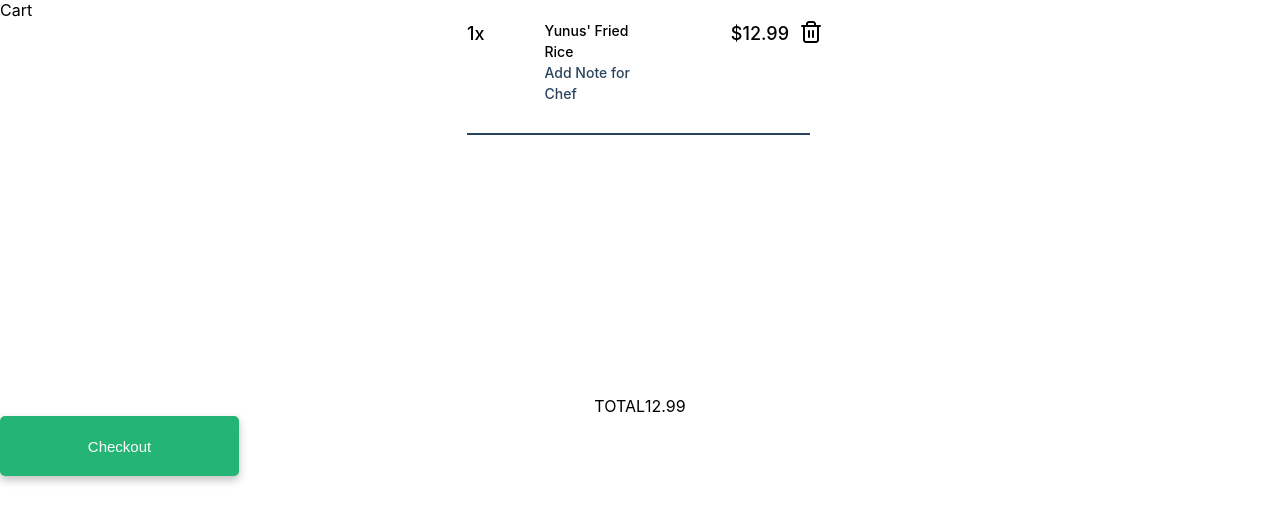
Repository: nguyenlejoe/HomeChef
Page: /DashBoardChef (app in app/)
The author's editor kept a copy of each file at every save. The page is drawn from the files as they stood at one save, then again after the next save.
The browser window is 1280 px wide. The pictures show the whole page.
The project was rebuilt for these pictures with package versions that can differ from the ones it lists, and the page was loaded fresh each time.

Above is the page before, as saved 2020-11-05 10:57:22.

### app/src/App.js
import React from 'react';
//import logo from './logo.svg';
//import './App.css';
import Pages from './pages/Checkout';

function App() {
  return (
    <Pages />
  );
}

export default App;

### app/src/pages/Checkout.js
import React from 'react';
import './Checkout.scss';
import CheckoutItem from '../comps/CheckoutItem';
import Button from '../comps/MainButton';

export default function CheckoutPage() {
  return<div className="app">
       <div>
           <div></div>
           <div>Cart</div>
       </div>
       <div className="checkout">
           <CheckoutItem></CheckoutItem>
       </div>

        <div className="total">
            <div>TOTAL</div>
            <div>12.99</div>
        </div>
        <div>
            <Button text="Checkout"></Button>
        </div>
    </div>
}

### app/src/pages/Checkout.scss
.app{
    width: 100vw;
    height:100vh;
    overflow-x: hidden;


}

.checkout{
    margin-bottom: 300px;
    display: flex;
    justify-content: center;
}

.total{
    display: flex;
    justify-content: center;
}

.button{
    display: flex;
    justify-content: center;
}

### app/src/comps/CheckoutItem/index.js
import React from 'react';
import styled, {css} from 'styled-components';

const Checkoutitemcont = styled.div`

max-width:346px;
max-height:76px;


`
const Carttxt = styled.div`
display:flex;
flex-direction:row;
`
const Quantity = styled.div`
Margin-right: 60px;font-size: 18px;
font-style: normal;
font-weight: 500;
line-height: 27px;
letter-spacing: 0em;
text-align: left;

`

const ItemName = styled.div`
Margin-right: 90px;
font-size: 14px;
font-style: normal;
font-weight: 500;
line-height: 21px;
letter-spacing: 0em;
text-align: left;

`

const ChefNote = styled.div`
color: #2B445E;
cursor:pointer;

`

const Price = styled.div`
font-size: 18px;
font-style: normal;
font-weight: 500;
line-height: 27px;
letter-spacing: 0em;
text-align: left;

`

const Delete = styled.div`

`

const Bottomhr = styled.div`
height: 0px;
width: 341px;
border-radius: nullpx;
border: 1px solid #2B445E;
margin-top:29px;

`

const Iconcont = styled.div `
position:relative;
left:10px;
`









const CheckoutItem = ({Quant, Itemnm, Note, Pricetag,}) => {

    return <Checkoutitemcont>
            <Carttxt>
            <Quantity>{Quant}</Quantity>
            <ItemName>{Itemnm}<ChefNote>   {Note}</ChefNote></ItemName>
            <Price>{Pricetag}</Price>
            <Delete></Delete>
            <Iconcont>
            <img src="/trash-2.svg"/>
            </Iconcont>
            </Carttxt>
            <Bottomhr>

            </Bottomhr>
    </Checkoutitemcont>

}

CheckoutItem.defaultProps = {

    Quant:"1x",
    Itemnm:"Yunus' Fried Rice",
    Note:"Add Note for Chef",
    Pricetag:"$12.99",

}

export default CheckoutItem;

### app/src/comps/MainButton/index.js
import React from 'react';
import styled, {css} from 'styled-components';
import icon2 from '../../assets/DollarSign.png';

const ButtonContainer = styled.button`
    width: ${props =>props.width ? props.width : '239px'};
    height: ${props =>props.height ? props.height : '60px'};
    background-color: ${props =>props.bgcolor ? props.bgcolor : '#24B574'};
    border-radius: ${props =>props.radius ? props.radius : '5px'};
    display: flex;
    justify-content: center;
    align-items: center;
    filter: drop-shadow(0px 4px 4px rgba(0, 0, 0, 0.25));
    border:none;
`;

const ButtonText = styled.p`
    text-align: center;
    font-size: ${props =>props.fontSize ? props.fontSize : '15px'};;
    color:${props =>props.textColor ? props.textColor : '#FFFFFF'};
`;

const Icon = styled.div`
    ${() => css`
        background-image: url(${props =>props.icon1 ? props.icon1 : icon2});
        background-color:white;
        padding:10px;
        background-repeat: no-repeat;
        background-position: center;
        position:absolute;
        left: 0px;
        `}
    `;

const Button = ({text,textColor,bgcolor, width, height, radius, fontSize}) => {
    return <ButtonContainer bgcolor = {bgcolor} height={height} width={width} radius={radius}>
                <ButtonText fontSize={fontSize} textColor = {textColor}>{text}</ButtonText>
            </ButtonContainer>
}

ButtonText.defaultprops = {
    color:null,
}

export default Button;

Loaded but not shown: app/public/index.html (common file); app/src/index.js (common file); app/src/index.css (common file); app/src/serviceWorker.js (common file)

After the next save:
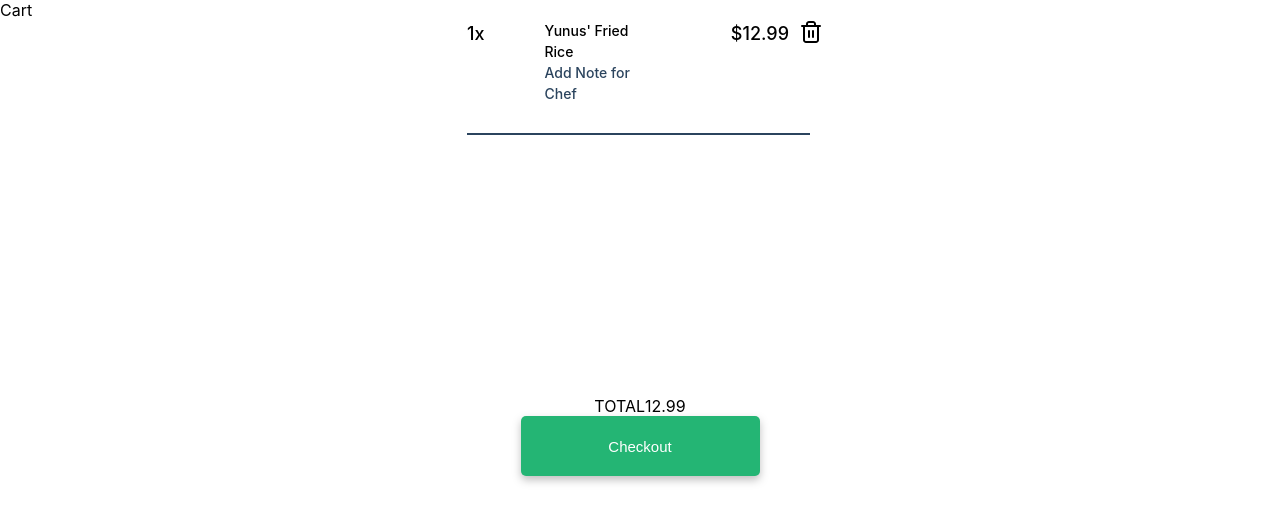
Saved 8 s later.
--- a/app/src/pages/Checkout.js
+++ b/app/src/pages/Checkout.js
@@ -17,7 +17,7 @@ export default function CheckoutPage() {
             <div>TOTAL</div>
             <div>12.99</div>
         </div>
-        <div>
+        <div className="button">
             <Button text="Checkout"></Button>
         </div>
     </div>
